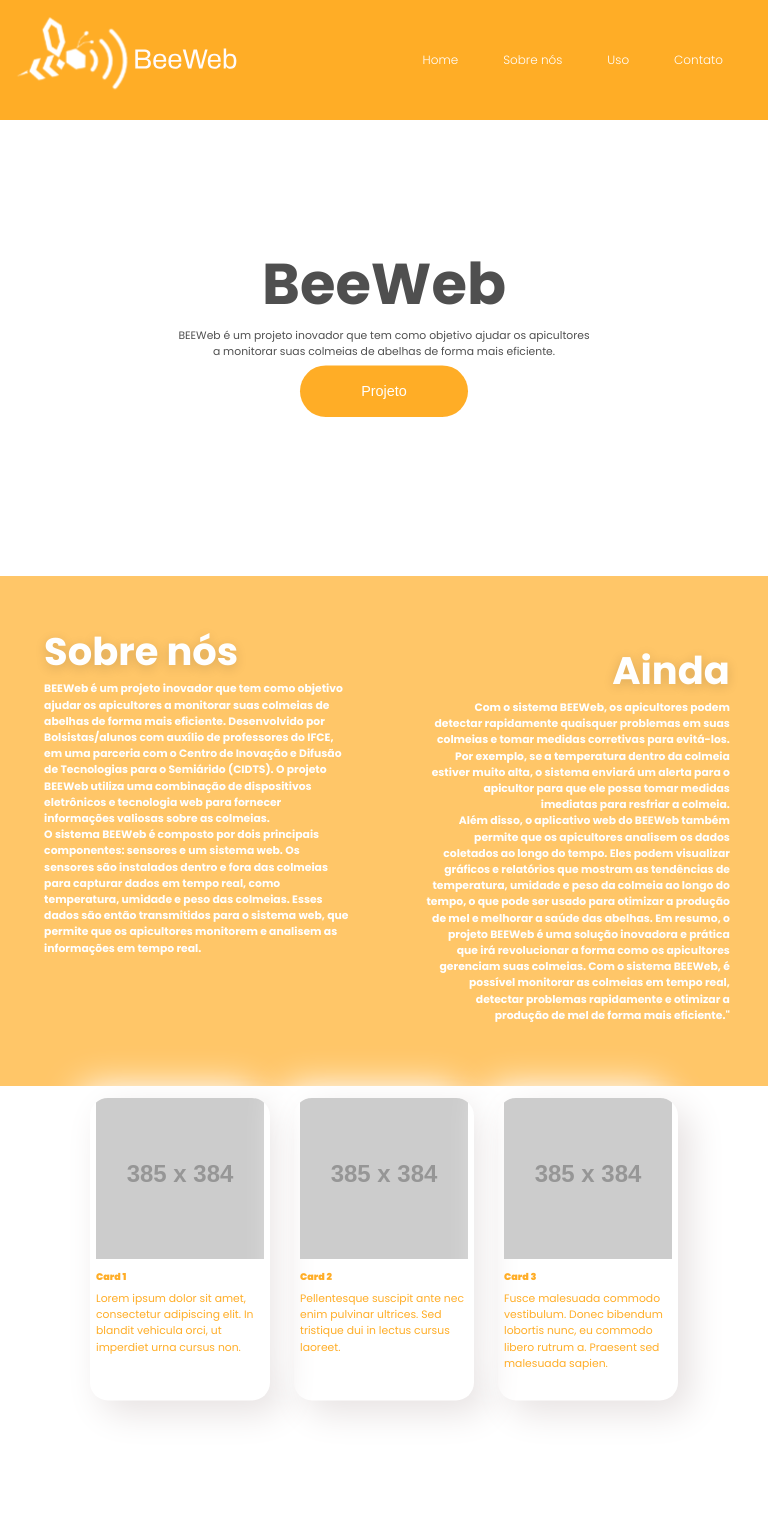
Repository: CCG-web/beeweb
Page: /
An editor plug-in stored every save of this project. The page is shown before and after the next save, followed by the edit.
The browser window is 1280 px wide. The pictures show the whole page, at 60% of full size.
The project was rebuilt for these pictures with package versions that can differ from the ones it lists, and the page was loaded fresh each time.

Above is the page before, as saved 2023-05-05 11:22:14.

### public/index.html
<!DOCTYPE html>
<html lang="en">
  <head>
    <meta charset="utf-8" />
    <link rel="icon" href="%PUBLIC_URL%/favicon.ico" />
    <meta name="viewport" content="width=device-width, initial-scale=1" />
    <meta name="theme-color" content="#000000" />
    <meta
      name="description"
      content="Web site created using create-react-app"
    />
    <link rel="preconnect" href="https://fonts.googleapis.com">
<link rel="preconnect" href="https://fonts.gstatic.com" crossorigin>
<link href="https://fonts.googleapis.com/css2?family=Poppins:ital,wght@0,100;0,200;0,300;0,400;0,500;0,600;0,700;0,800;0,900;1,100;1,200;1,300;1,400;1,500;1,600;1,700;1,800;1,900&display=swap" rel="stylesheet">
    <link rel="apple-touch-icon" href="%PUBLIC_URL%/logo192.png" />
    <!--
      manifest.json provides metadata used when your web app is installed on a
      user's mobile device or desktop. See https://developers.google.com/web/fundamentals/web-app-manifest/
    -->
    <link rel="manifest" href="%PUBLIC_URL%/manifest.json" />
    <!--
      Notice the use of %PUBLIC_URL% in the tags above.
      It will be replaced with the URL of the `public` folder during the build.
      Only files inside the `public` folder can be referenced from the HTML.

      Unlike "/favicon.ico" or "favicon.ico", "%PUBLIC_URL%/favicon.ico" will
      work correctly both with client-side routing and a non-root public URL.
      Learn how to configure a non-root public URL by running `npm run build`.
    -->
    <title>BeeWeb</title>
  </head>
  <body>
    <noscript>You need to enable JavaScript to run this app.</noscript>
    <div id="root"></div>
    <!--
      This HTML file is a template.
      If you open it directly in the browser, you will see an empty page.

      You can add webfonts, meta tags, or analytics to this file.
      The build step will place the bundled scripts into the <body> tag.

      To begin the development, run `npm start` or `yarn start`.
      To create a production bundle, use `npm run build` or `yarn build`.
    -->
  </body>
</html>

### src/index.css
*{
   margin: 0;
   padding: 0;
   box-sizing: border-box;
}

### src/App.js
import Navbar from "./components/Navbar";
import Home from "./components/Home.jsx"
import Sobre from "./components/Sobre";
import Cards from "./components/Cards";
import './App.css'
function App() {
  return (
    <div>
      <Navbar/>
    <Home/>
    <Sobre/>




    <div className='cardContainer'>

<div className="uso">

</div>



    <Cards
        image="https://via.placeholder.com/385x384.png?text=Image+1"
        alt="Image 1"
        title="Card 1"
        description="Lorem ipsum dolor sit amet, consectetur adipiscing elit. In blandit vehicula orci, ut imperdiet urna cursus non."
        />
      <Cards
        image="https://via.placeholder.com/385x384.png?text=Image+2"
        alt="Image 2"
        title="Card 2"
        description="Pellentesque suscipit ante nec enim pulvinar ultrices. Sed tristique dui in lectus cursus laoreet. "
        />
      <Cards
        image="https://via.placeholder.com/385x384.png?text=Image+3"
        alt="Image 3"
        title="Card 3"
        description="Fusce malesuada commodo vestibulum. Donec bibendum lobortis nunc, eu commodo libero rutrum a. Praesent sed malesuada sapien."
        />
  </div>

       </div>





  );
}

export default App;

### src/components/Navbar.jsx

import React, { useState, useEffect } from 'react'
import logoBee from "../assets/logoBEE.svg"
import { Divide as Hamburger } from 'hamburger-react'
import './Navbar.css'
const Navbar = () => {
  const [toggleMenu, setToggleMenu] = useState(false)
  const [screenWidth, setScreenWidth] = useState(window.innerWidth)

  const toggleNav = () => {

    setToggleMenu(!toggleMenu)
  }
  useEffect(() => {

    const changeWidth = () => {
      setScreenWidth(window.innerWidth);
    }

    window.addEventListener('resize', changeWidth)
    return () => {
      window.removeEventListener('resize', changeWidth)
    }
  }, [])

  return (



    <nav>

      {(toggleMenu || screenWidth > 1000) && (
        <ul className="list">


          <li className="items">Home</li>
          <li className="items">Sobre nós</li>
          <li className="items">Uso</li>
          <li className="items">Contato</li>

        </ul>
      )

      }


       <img src={logoBee} alt="" />

      <button onClick={toggleNav} className='btn'><Hamburger/></button>
    </nav>

  )
}

export default Navbar

### src/components/Home.jsx


import './Home.css'
const Home = () => {
    return (
        <section className='containerHome'>
            <div >

                <h1>BeeWeb</h1>

                <p>BEEWeb é um projeto inovador que tem como objetivo ajudar os apicultores <br/> a monitorar
                    suas colmeias de abelhas de forma mais eficiente.  </p>

                <button className='btnProjeto'>Projeto</button>
            </div>
        </section>
    )
}

export default Home

### src/components/Sobre.jsx
import React from 'react'

import './Sobre.css'

const Sobre = () => {
    return (
        <section className='ContainerSobre'  >
            <div className='itens'>

                <div className='texto first'>

                <h1>Sobre nós</h1>

                    <p>BEEWeb é um projeto inovador que tem como objetivo ajudar os apicultores a monitorar suas colmeias de abelhas de forma mais eficiente. Desenvolvido por Bolsistas/alunos com auxílio de professores do IFCE, em uma parceria com o Centro de Inovação e Difusão de Tecnologias para o Semiárido (CIDTS). O projeto BEEWeb utiliza uma combinação de dispositivos eletrônicos e tecnologia web para fornecer informações valiosas sobre as colmeias. <br />

                        O sistema BEEWeb é composto por dois principais componentes: sensores e um sistema web. Os sensores são instalados dentro e fora das colmeias para capturar dados em tempo real, como temperatura, umidade e peso das colmeias. Esses dados são então transmitidos para o sistema web, que permite que os apicultores monitorem e analisem as informações em tempo real.
                    </p>
                </div>

            </div>
            <div className='itens two' >
                <div className='texto secord' >
                <h1>Ainda</h1>

                    <p>Com o sistema BEEWeb, os apicultores podem detectar rapidamente quaisquer problemas em suas colmeias e tomar medidas corretivas para evitá-los. Por exemplo, se a temperatura dentro da colmeia estiver muito alta, o sistema enviará um alerta para o apicultor para que ele possa tomar medidas imediatas para resfriar a colmeia. <br />

                        Além disso, o aplicativo web do BEEWeb também permite que os apicultores analisem os dados coletados ao longo do tempo. Eles podem visualizar gráficos e relatórios que mostram as tendências de temperatura, umidade e peso da colmeia ao longo do tempo, o que pode ser usado para otimizar a produção de mel e melhorar a saúde das abelhas.

                        Em resumo, o projeto BEEWeb é uma solução inovadora e prática que irá revolucionar a forma como os apicultores gerenciam suas colmeias. Com o sistema BEEWeb, é possível monitorar as colmeias em tempo real, detectar problemas rapidamente e otimizar a produção de mel de forma mais eficiente."
                    </p>
                </div>
            </div>
        </section>
    )
}

export default Sobre

### src/components/Cards.jsx
import React from 'react'
import './Cards.css'
function Cards(props) {
    return (



   <div className="card">
        <img src={props.image} alt={props.alt} />
        <div className="card-content">
          <h3>{props.title}</h3>
          <p className='description'>{props.description}</p>
        </div>
      </div>






    );
  }

export default Cards

### src/App.css
.cardContainer {
    height: 100vh;
    display: flex;
    justify-content: center;

}

@media screen and (max-width: 567px) {
    .cardContainer {
        display: block;
        justify-content: center;
        margin-left: auto;
        padding: auto;
    }

    .card {
        width: 300px;
        height: 400px;
        margin-left: 20%;

    }

}

@media screen and (max-width: 430px) {


    .card {
        width: 250px;
        height: 400px;
        margin-left:15%;

    }


}


@media screen and (max-width: 300px) {
    .card {
    margin-left: 5%;
    }
}

### src/components/Navbar.css
nav {
    font-family: 'Poppins', sans-serif;
    font-size: 20px;
    font-weight: 300;

    position: relative;
    top: 0;
    width: 100%;
    height: 200px;
    background-color: #ffad26;
    color: white;
}


img{
    position: absolute;
    left: 10px;
    top: -10px;
    width: 386px;
    height: 233px;

}
.list {
    list-style-type: none;
    background: #ffad26;
    height: 100%;
    display: flex;
    justify-content:flex-end;
    align-items: center;
    position: relative;
}

.items {
    margin-right: 75px;
    font-size: 20px;
    color: white;
    cursor: pointer;
    transition: color 0.3s ease, transform 0.3s ease;
  }

  .items:hover {
    color: black;
    transform: translateX(-5px) rotate(-5deg);
  }

.items {
    margin-right: 75px;
    font-size: 20px;

    color: white;
    cursor: pointer;
}

.btn {
    border: none;
    display: none;
    position: absolute;
    background-color:#ffad26;
    right: 10px;
    top: 20px;
    padding: 5px;
    color: white;
    font-size: 20px;
}

@media screen and (max-width: 1000px) {
    .list {
        flex-direction: column;
        height: auto;
    }
    img{
        position: absolute;
        left: 10px;
        top:0px;
        width: 155.6px;
        height: 93.2px;

    }
    nav{
        height: 100px;
    }
    .items:nth-child(1) {

        margin-top: 100px;
    }

    .items {
        border-top: 1px solid rgb(255, 249, 249);
        width: 100%;
        text-align: center;
        margin-right: 0px;
        padding: 20px 0;
    }

    .btn {
        display: block;
    }
}

### src/components/Home.css
section {
    width: 100%;
    height: 50vh;
    margin-top: 200px;
    display: flex;
    justify-content: center;
    text-align: center;
}

h1 {
    font-family: 'Poppins', sans-serif;
    font-size: 96px;
    font-style: mixed;
    color: #4F4F4F;
}

p {
    font-family: 'Poppins', sans-serif;
    font-style: normal;
    font-size: 18px;
    color: #4F4F4F;
}

.btnProjeto {
    cursor: pointer;
    margin: 10px;
    font-size: 24px;
    background-color: #FFAD26;
    width: 280px;
    height: 86px;
    color: #FFFF;
    border: none;
    border-radius: 71px;
    transition: transform 0.4s ease-in-out, background-color 0.4s ease-in-out;
  }

  .btnProjeto:hover {
    background-color: #E76F00;
    transform: scale(1.05);
  }

  .btnProjeto:active {
    background-color: #FFC940;
    transform: scale(0.95);
  }



@media screen and (max-width: 1000px) {

    section {
        margin-top: 300px;
    }

    h1 {
        font-size: 48px;
    }



    .btnProjeto {
        width: 140px;
        height: 43px;
        font-size: 12px;
    }
}


@media screen and (max-width: 400px) {
    h1 {
        font-size: 30px;
    }
    p {
        font-size: 10px;
    }

    .btnProjeto {
        width: 90px;
        height: 41.5px;
    }

}

### src/components/Sobre.css
.ContainerSobre {
    justify-content: center;
    width: 100%;
    height: 850px;
    background-color: #FFC668;
    padding-left: 10px;


}

.itens>p {
    display: flex;
    text-align: right;
}

.texto>h1 {
    text-shadow: 0px 4px 20px rgba(0, 0, 0, 0.15);
    margin-top: 15px;
    color: white;
    font-size: 64px;
}

.texto {
    font-style: normal;
    font-weight: 700;
    margin: 5%;
    padding: 5%;
}

.first {
    text-align: left;
}

.secord {
    margin-top: 10%;
    text-align: right;


}


.texto>p {

    font-size: 18px;
    font-weight: bold;
    color: white;



}

.itens {
    width: 50%;
}

.ContainerSobre {
    background-size: auto;

}


@media screen and (max-width: 1000px) {
    .itens {
        width: 100%;
    }

    .ContainerSobre {
        background: none;
        background-color: #FFC668;
        display: flex;
        flex-direction: column;
        height: 100%;

    }

    .texto>h1 {
        text-align: center;
        font-size: 32px;
        margin: 10px;
    }

    .texto {
        text-align: justify;
        margin-top: 10px;
        padding: 20px;

        height: 100%
    }

    .texto>p {
        font-size: 15px;
    }
}

### src/components/Cards.css
.card {

  width: 300px;
  height: 504px;
  margin: 20px;
  border-radius: 30px;
  box-shadow:  20px 20px 60px #e6e1e1,
  -20px -20px 60px #ffffff;
  display: inline-block;
  vertical-align: top;
  overflow: hidden;
  position: relative;
  transition: transform 0.3s ease-in-out;


}

.card img {
  width: calc(100% - 20px);
  height: auto;
}

.card:hover {
  transform: scale(1.05);
  z-index: 1;
  box-shadow: 2px 2px 10px rgba(0, 0, 0, 0.5);
}

h3 {
  margin: 10px;
  font-family: 'Poppins', sans-serif;
  font-style: normal;
  font-weight: 900;
  font-size: 16px;
  margin-top: 95%;
  color: #FFAD26;
}
.description{
  margin: 10px;
  color: #FFAD26;
}
.card:hover:after {
  content: "";
  display: block;
  position: absolute;
  top: 0;
  left: 0;
  width: 100%;
  height: 100%;
  z-index: -1;
}

Loaded but not shown: src/index.js (common file)

After the next save:
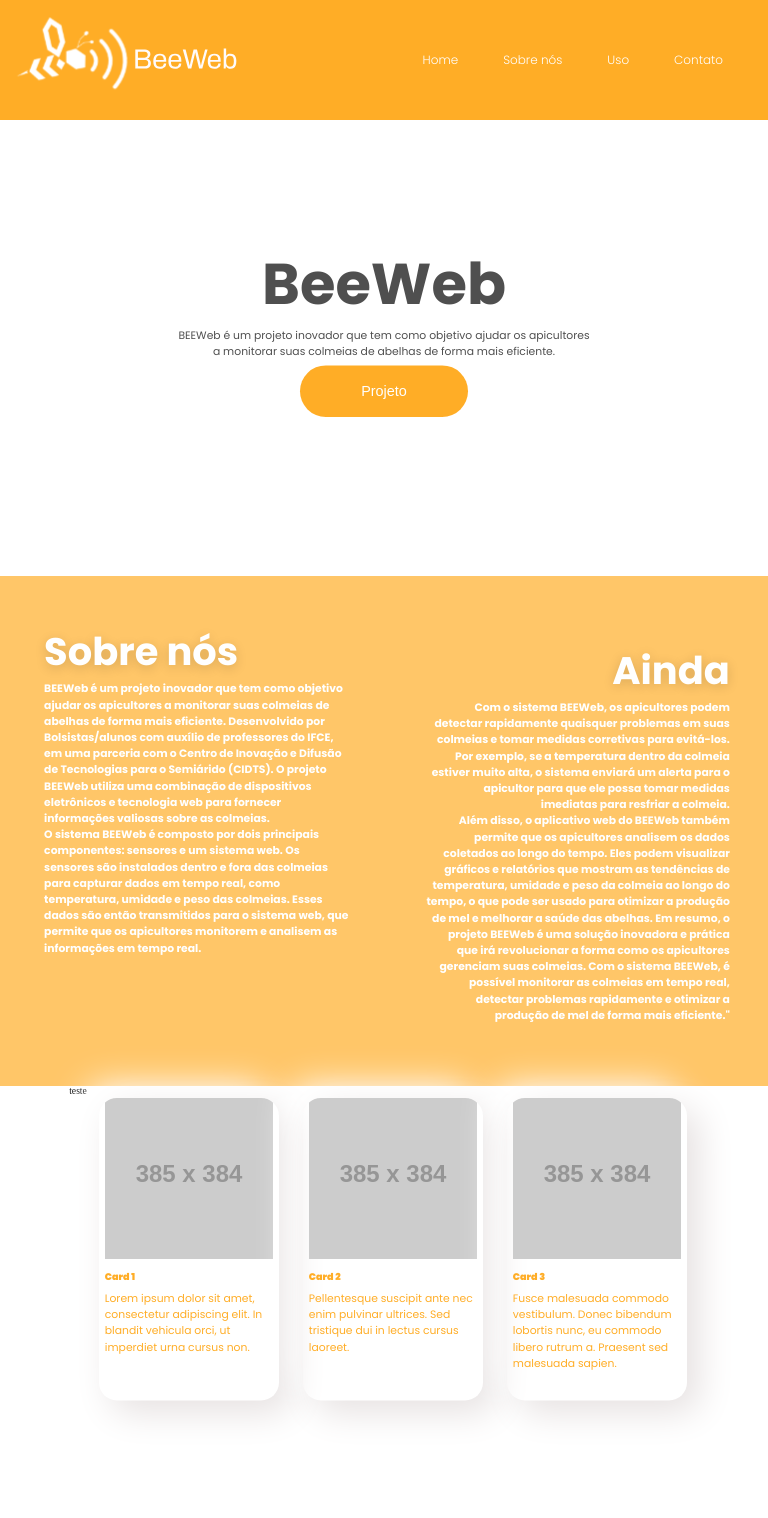
Saved 10 s later.
--- a/src/App.js
+++ b/src/App.js
@@ -16,7 +16,7 @@
     <div className='cardContainer'>
 
 <div className="uso">
-
+teste
 </div>
 
 
